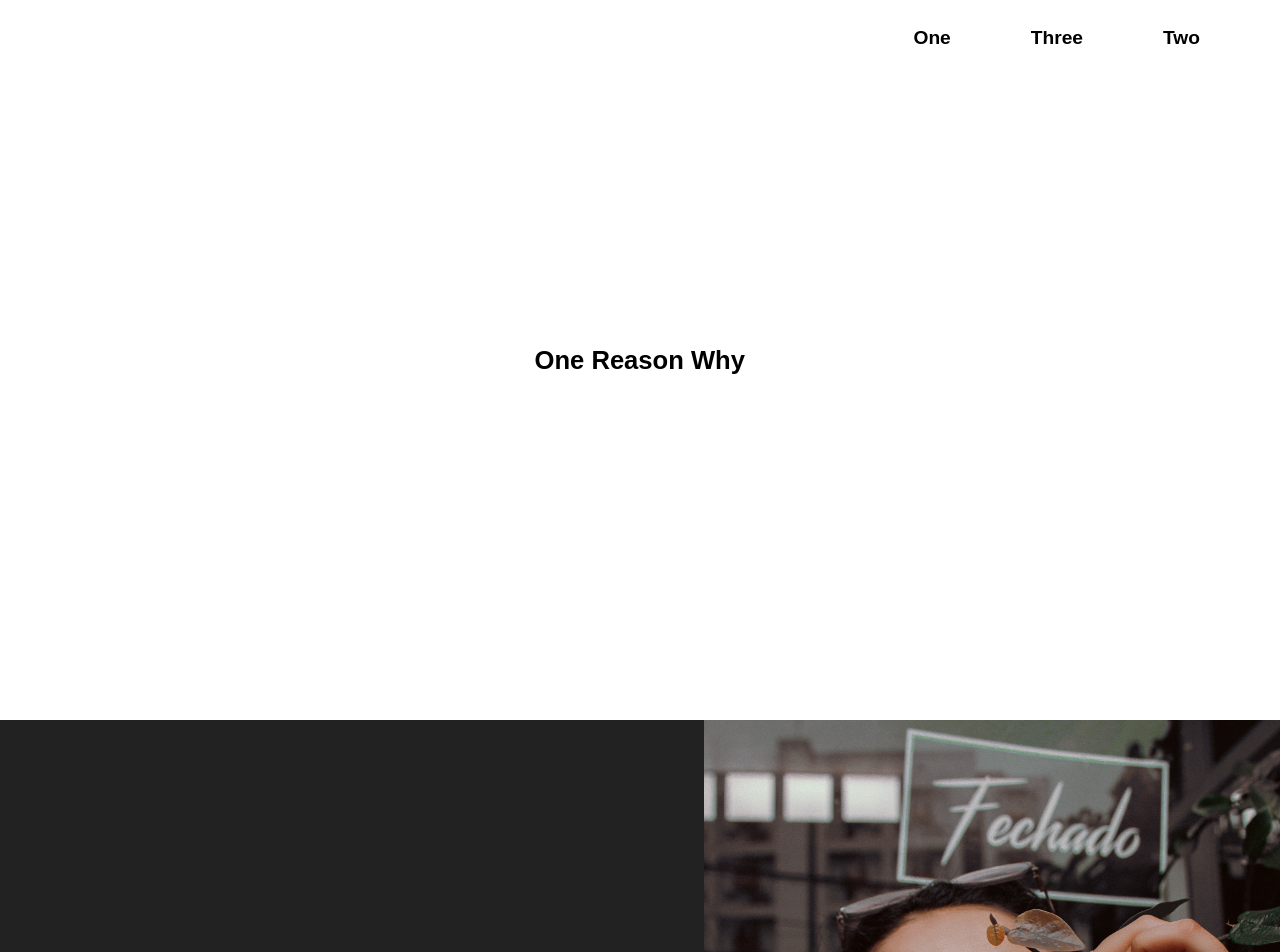
Repository: Imprasna/scrollmagic
Page: index.html
These files come from the project's save history. The page is drawn as it stood at one moment and after a run of saves; the edit follows.
The browser window is 1280 px wide. The pictures show the part of the page from y = 0 to 952 px (the page is 2200 px tall).
A picture or video elsewhere on the page could not be fetched, so the positions and the page height are approximate. Some web fonts or font styles are not loaded; a fallback is used. Some web libraries are served in a nearby version.

Above is the page before, as saved 2021-10-27 00:38:23.

After the next 3 saves:
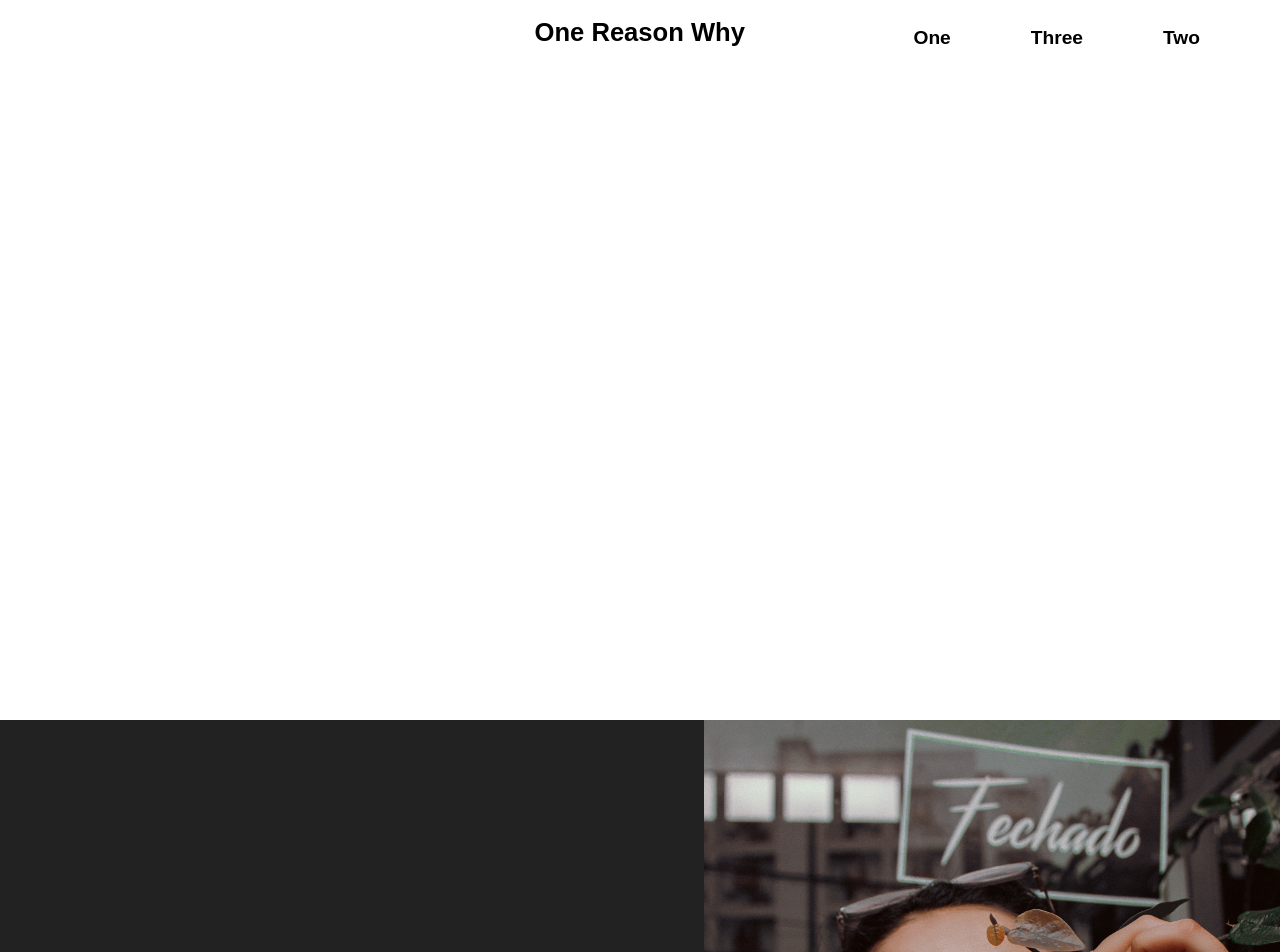
The 3 saves are shown as one change because they came seconds apart.
The last was saved 15 s later.
--- a/app.js
+++ b/app.js
@@ -28,4 +28,4 @@ let tl3 = gsap.timeline({
 });
 
 tl.fromTo(".sliding-text", { y:0 }, { y:-80 });
-tl2.fromTo(".logo", {scale: 6}, {scale: 1})
+tl2.fromTo(".logo", {scale: 6}, {scale: 1, top: "2rem", })
